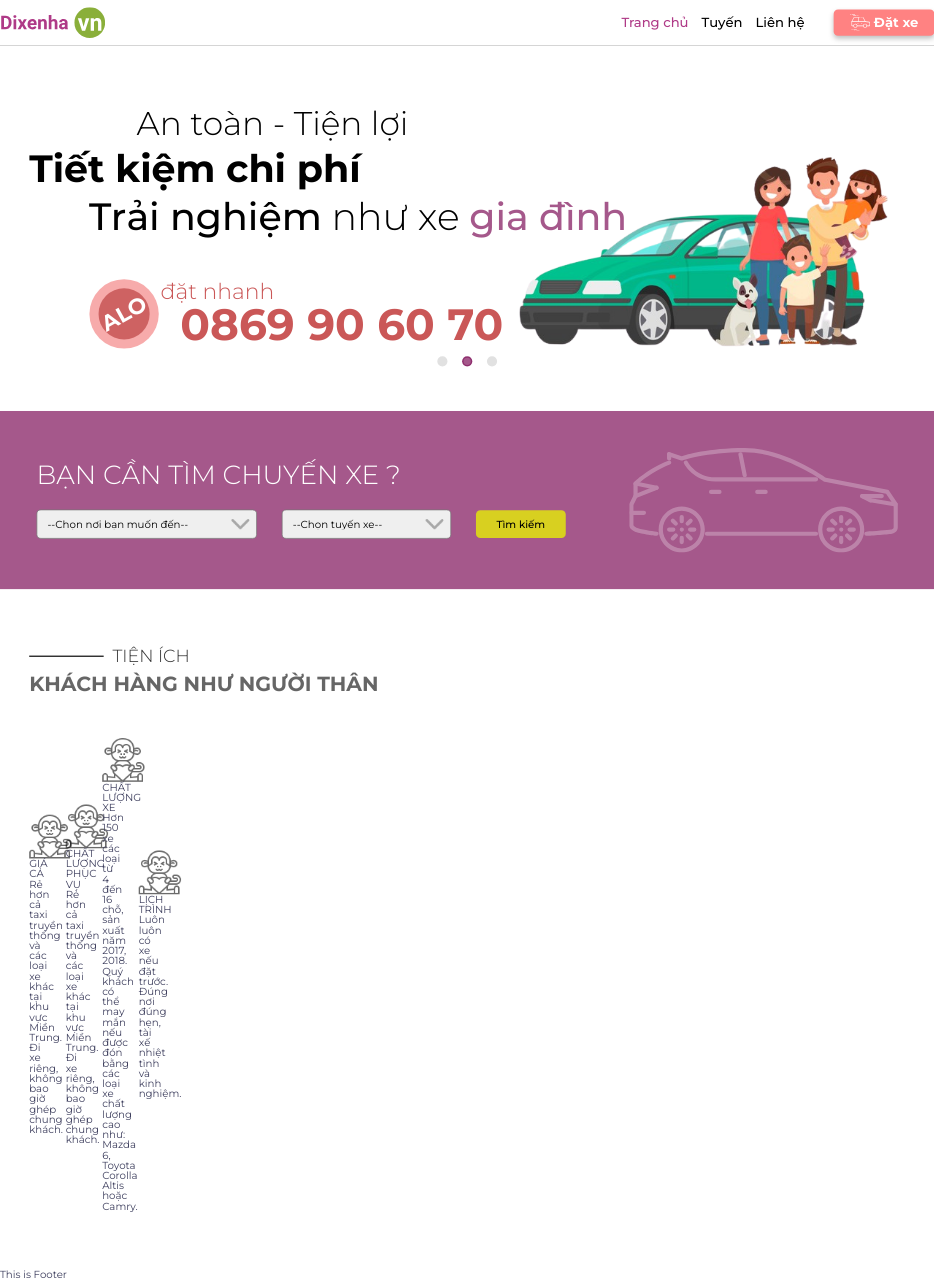
Repository: thanhthien0706/last_project--fe004
Page: lastProductF004/dist/index.html
An editor plug-in stored every save of this project. The page is shown before and after the next save, followed by the edit.
The browser window is 1280 px wide. The pictures show the whole page, at 73% of full size.
Some web libraries are served in a nearby version. The style sheet was rebuilt from its Sass, Less or Tailwind sources for each picture, by a compiler version that may differ from the author's.

Above is the page before, as saved 2021-09-16 21:48:11.

After the next save:
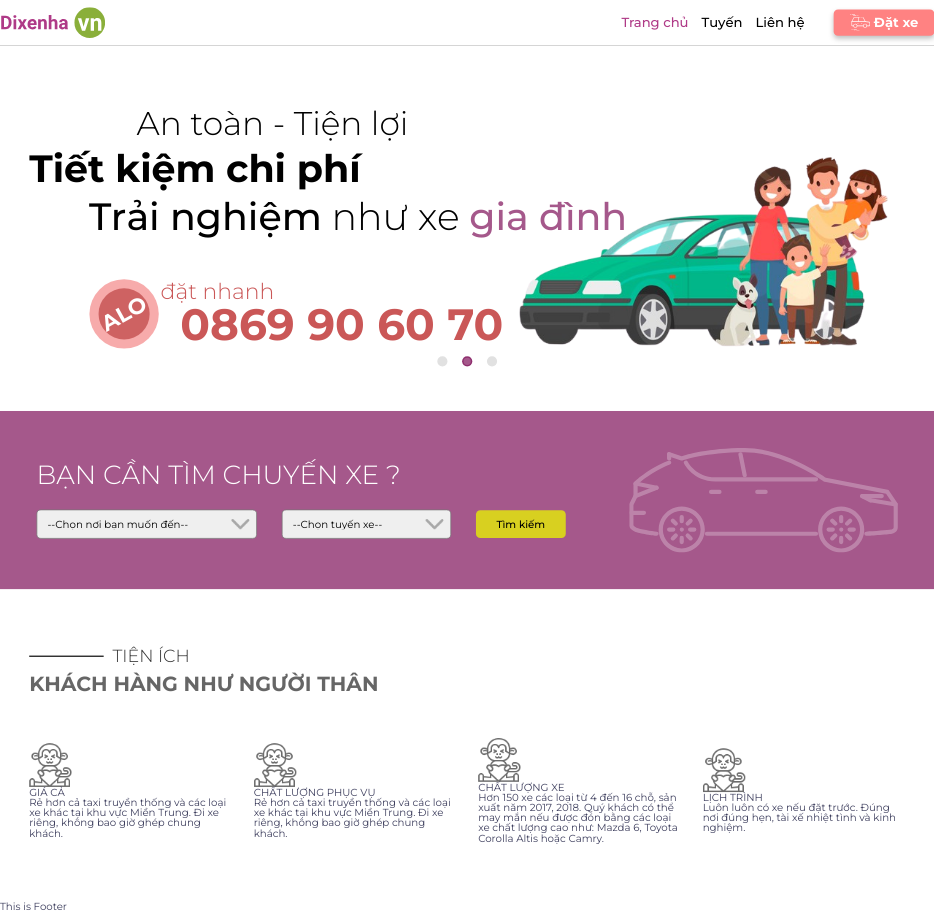
Saved 11 s later.
--- a/lastProductF004/src/styles/pages/_homepage.scss
+++ b/lastProductF004/src/styles/pages/_homepage.scss
@@ -265,7 +265,7 @@ html {
             margin-left: -15px;
             margin-right: -15px;
             .item_grid{
-                width:50px;
+                width:50%;
                 padding-left:15px;
                 padding-right:15px;
             }
